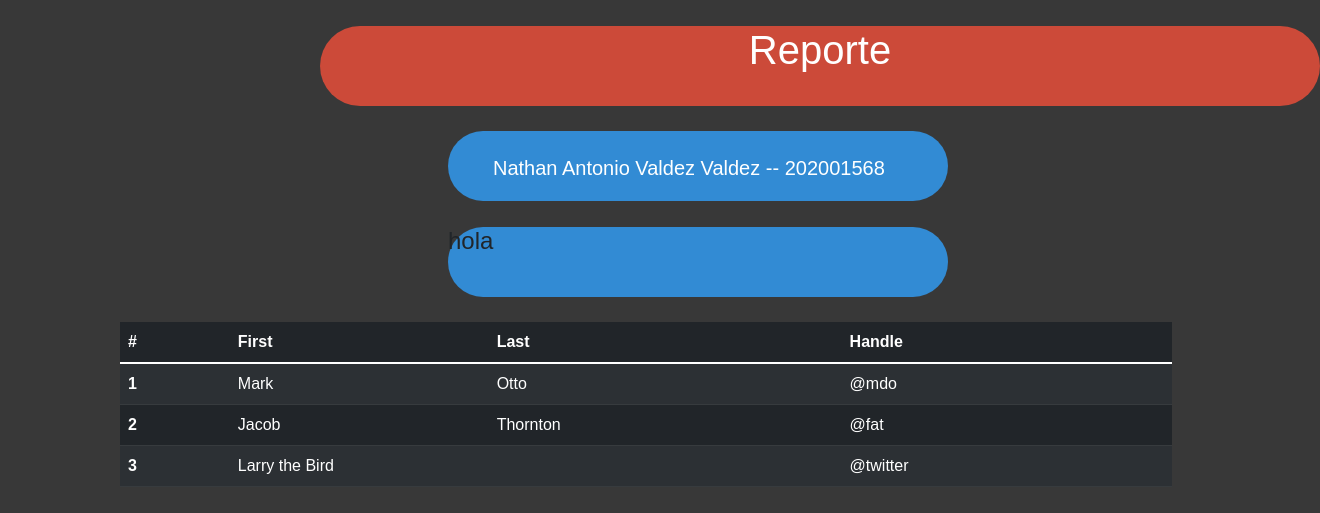
Repository: nathanvdev/LFP_PR_202001568
Page: plantilla.html
These files come from the project's save history. The page is drawn as it stood at one moment and after the next save; the edit follows.
The browser window is 1280 px wide. The page is 1320 px wide, so the pictures cover 1320 px, including what lies to the right of the window. The pictures show the whole page.

Above is the page before, as saved 2022-02-19 19:14:38.

### plantilla.html

<!DOCTYPE html>
<html lang="en">
<head>
    <meta charset="UTF-8">
    <meta http-equiv="X-UA-Compatible" content="IE=edge">
    <meta name="viewport" content="width=device-width, initial-scale=1.0">
    <link href="https://cdn.jsdelivr.net/npm/bootstrap@5.1.3/dist/css/bootstrap.min.css" rel="stylesheet" integrity="sha384-1BmE4kWBq78iYhFldvKuhfTAU6auU8tT94WrHftjDbrCEXSU1oBoqyl2QvZ6jIW3" crossorigin="anonymous">
    <title>Document</title>
</head>
<style>
    body{
        font-family: sans-serif;
    }
    .titlebox{
        background-color: rgb(204, 74, 57);
        height: 80px;
        width: 1000px;
        margin: 2%;
        margin-left: 25%;
        border-radius: 45px;

        text-align: center;
        display: flex;
        justify-content: center;
    }
    .PersonalInfo{
        background-color: rgb(50, 139, 212);
        height: 70px;
        width: 500px;
        margin: 2%;
        margin-top: 0px;
        margin-left: 35%;
        border-radius: 45px;

    }
    .tabla{
        width: 90%;
        height: auto;
        margin: 20px;
        padding-left: 100px;

    }
    .Datos{
        background-color: rgb(50, 139, 212);
        height: 70px;
        width: 500px;
        margin: 2%;
        margin-top: 0px;
        margin-left: 35%;
        border-radius: 45px;
    }
</style>
<body style="background-color: rgb(56, 56, 56);">
    <div class="titlebox">
        <h1 style="color: white;">Reporte</h1>
    </div>
    <div class="PersonalInfo">
        <h3 style="color: white;
        margin: 5%; float: left; font-size: 20px; padding-left: 20px;">
            Nathan Antonio Valdez Valdez  --  202001568
        </h3>
    </div>

    <div class="Datos">
        <h4>
            hola
        </h4>
    </div>

    <div class="tabla">
    <table class="table table-dark table-striped">
        <thead>
          <tr>
            <th scope="col">#</th>
            <th scope="col">First</th>
            <th scope="col">Last</th>
            <th scope="col">Handle</th>
          </tr>
        </thead>
        <tbody>
          <tr>
            <th scope="row">1</th>
            <td>Mark</td>
            <td>Otto</td>
            <td>@mdo</td>
          </tr>
          <tr>
            <th scope="row">2</th>
            <td>Jacob</td>
            <td>Thornton</td>
            <td>@fat</td>
          </tr>
          <tr>
            <th scope="row">3</th>
            <td colspan="2">Larry the Bird</td>
            <td>@twitter</td>
          </tr>
        </tbody>
      </table>
    </div>
</body>
</html>

After the next save:
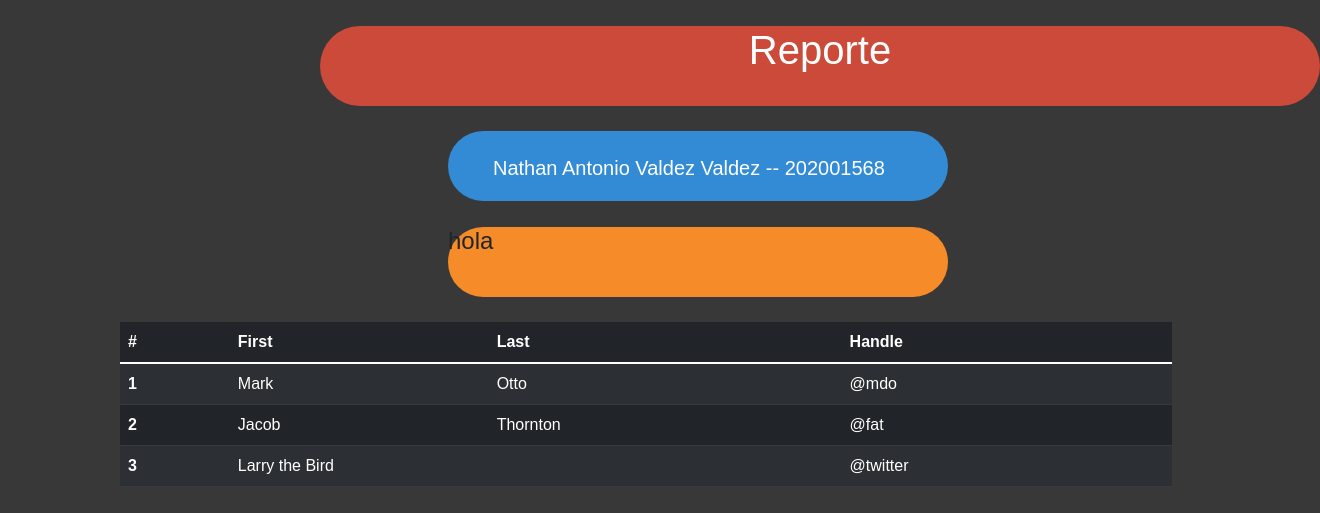
Saved 10 s later.
--- a/plantilla.html
+++ b/plantilla.html
@@ -42,7 +42,7 @@
 
     }
     .Datos{
-        background-color: rgb(50, 139, 212);
+        background-color: rgb(246, 140, 41);
         height: 70px;
         width: 500px;
         margin: 2%;
